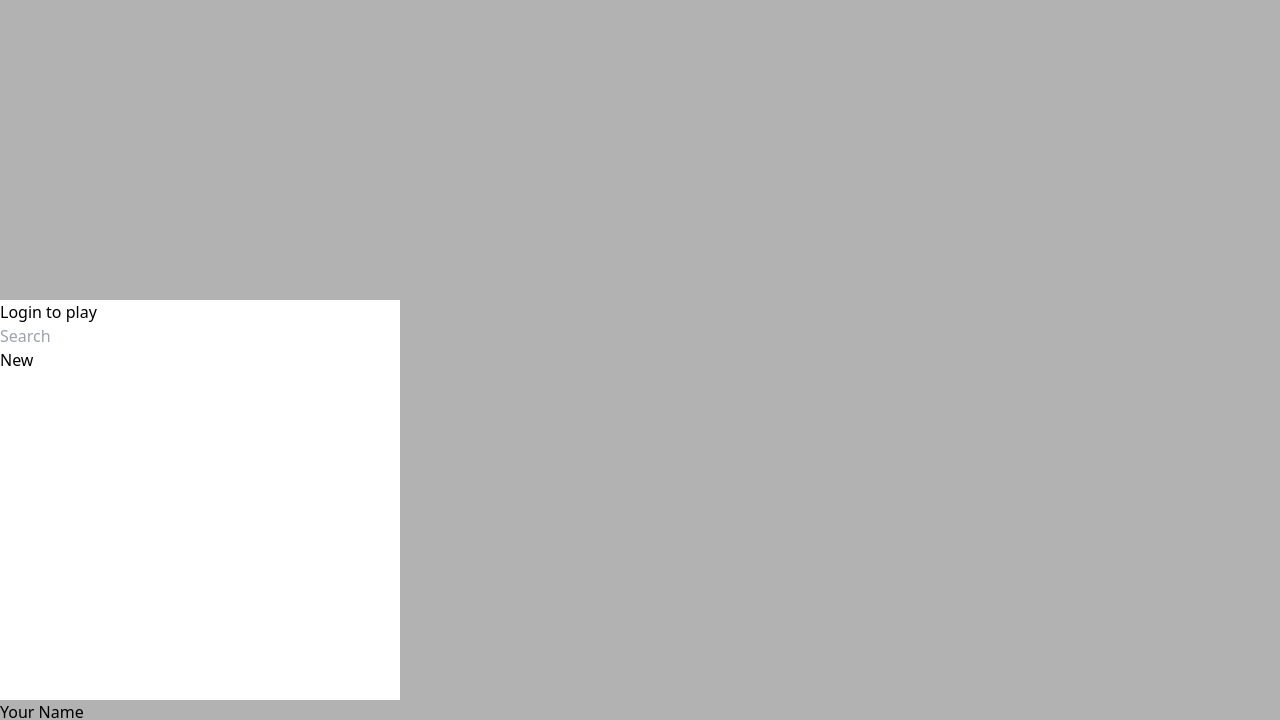
Repository: Teddy1705/demo_pj
Page: /
The author's editor kept a copy of each file at every save. The page is drawn from the files as they stood at one save, then again after the next save.
The browser window is 1280 px wide. The pictures show the whole page.
The project was rebuilt for these pictures with package versions that can differ from the ones it lists, and the page was loaded fresh each time. Also part of the build but not shown: vite.config.js.

Above is the page before, as saved 2024-04-16 08:53:11.

After the next save:
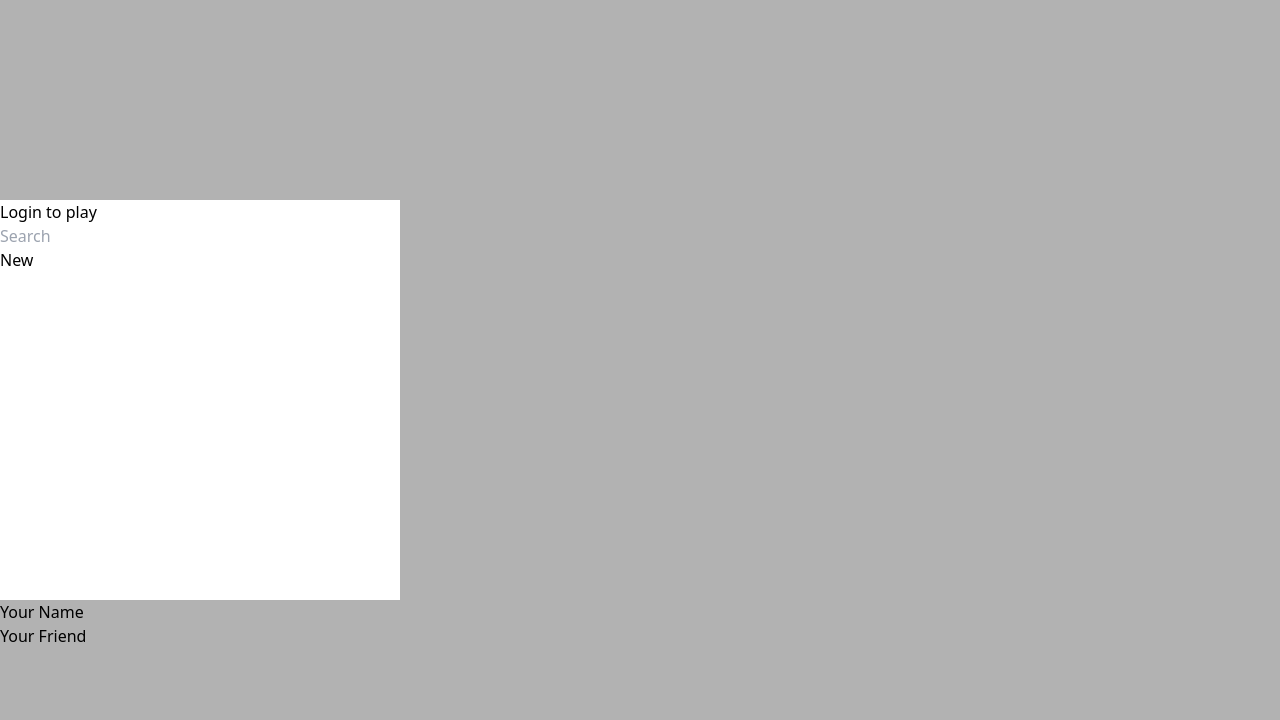
Saved 15 s later.
--- a/src/index.css
+++ b/src/index.css
@@ -578,7 +578,7 @@ video {
 #modal .modal__body {
   position: relative;
   background-color: var(--white-color);
-  margin-top: 300px;
+  margin-top: 200px;
   width: 400px;
   height: 400px;
 }
